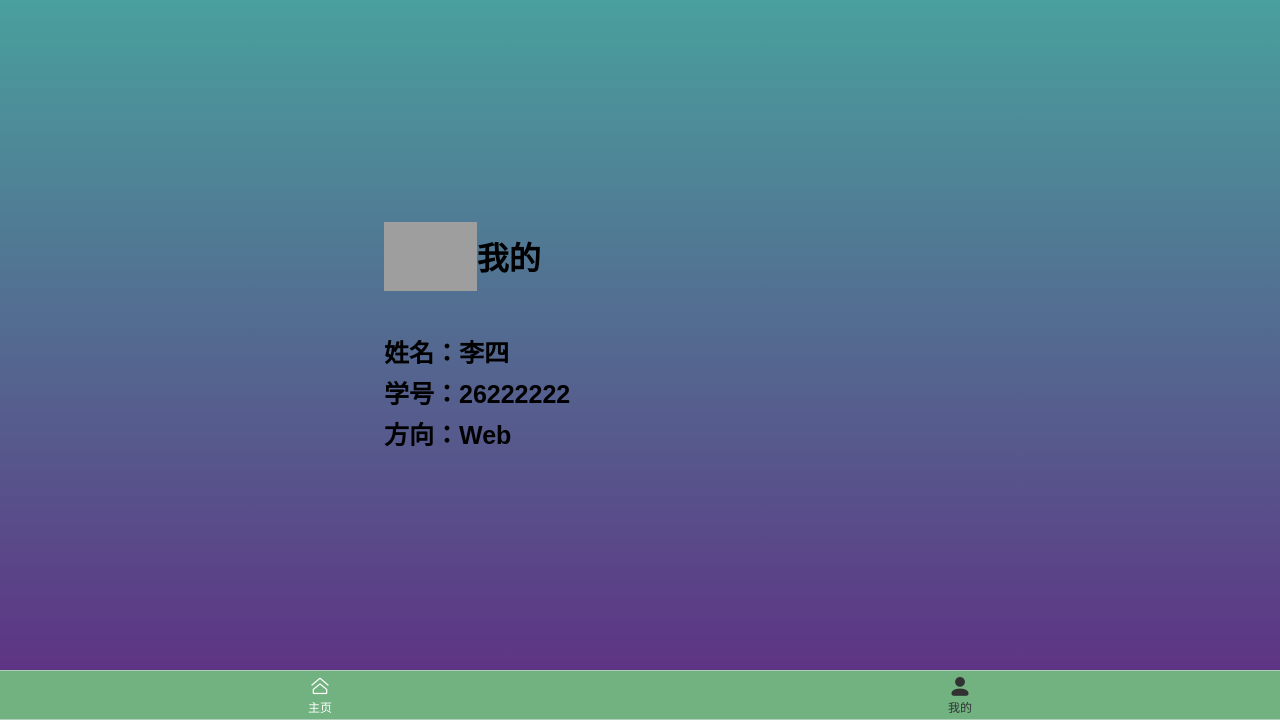
Repository: Qwenicq/new_sys
Page: /index/user (app in new-syws/)
These files come from the project's save history. The page is drawn as it stood at one moment and after the next save; the edit follows.
The browser window is 1280 px wide. The pictures show the whole page.
Pictures or frames that could not be fetched are drawn as grey boxes. The project was rebuilt for these pictures with package versions that can differ from the ones it lists, and the page was loaded fresh each time. Also part of the build but not shown: new-syws/vite.config.js, new-syws/src/components/user.vue.

Above is the page before, as saved 2024-01-27 13:22:50.

After the next save:
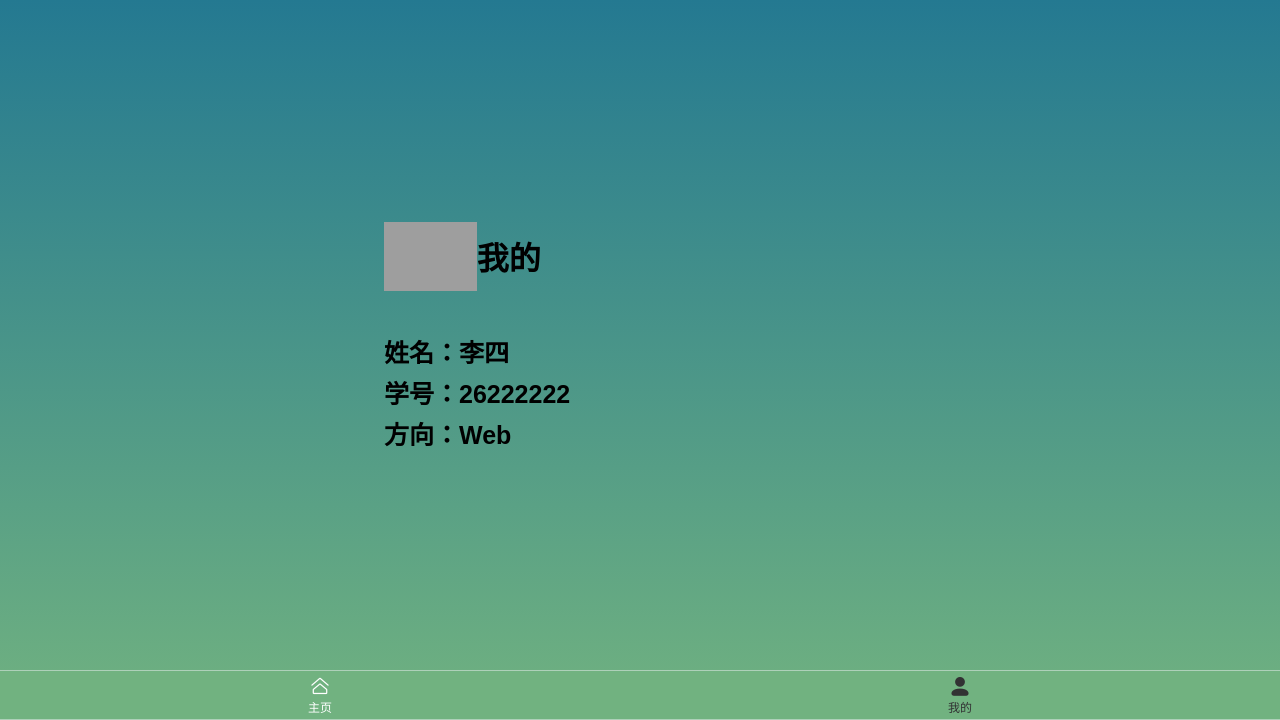
Saved 18 s later.
--- a/new-syws/src/views/user/UserPage.vue
+++ b/new-syws/src/views/user/UserPage.vue
@@ -20,16 +20,16 @@
   position: relative;
   background-size: cover;
   height: 100vh;
-  background: #5f2c82; /* fallback for old browsers */
+  background: #134e5e; /* fallback for old browsers */
   background: -webkit-linear-gradient(
-    to bottom,
-    #49a09d,
-    #5f2c82
+    to top,
+    #71b280,
+    #247991
   ); /* Chrome 10-25, Safari 5.1-6 */
   background: linear-gradient(
-    to bottom,
-    #49a09d,
-    #5f2c82
+    to top,
+    #71b280,
+    #247991
   ); /* W3C, IE 10+/ Edge, Firefox 16+, Chrome 26+, Opera 12+, Safari 7+ */
 }
 .main {
